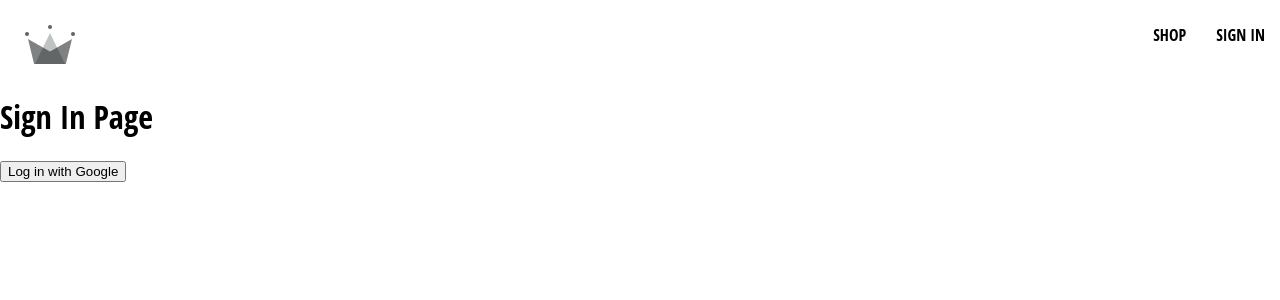
Repository: shash0708/crwn-clothing
Page: /sign-in
An editor plug-in stored every save of this project. The page is shown before and after the next save, followed by the edit.
The browser window is 1280 px wide. The pictures show the whole page.
The project was rebuilt for these pictures with package versions that can differ from the ones it lists, and the page was loaded fresh each time. Also part of the build but not shown: src/components/directory/directory.styles.scss, src/components/directory/directory.component.jsx, src/routes/home/home.component.jsx. Imported but missing from the stored project, and not drawn on this page: src/components/category-item/category-item.component.

Above is the page before, as saved 2024-03-23 19:21:28.

After the next save:
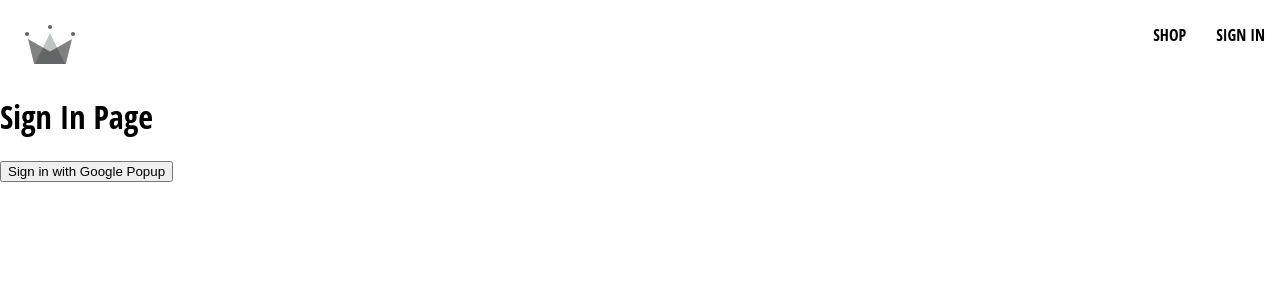
Saved 22 s later.
--- a/src/routes/sign-in/sign-in.component.jsx
+++ b/src/routes/sign-in/sign-in.component.jsx
@@ -1,22 +1,20 @@
-import React from "react"
-import {signInWithGooglePopup} from '../../utils/firebase/firebase.utils'
+import {
+  signInWithGooglePopup,
+  createUserDocumentFromAuth,
+} from '../../utils/firebase/firebase.utils';
 
-const SignIn =()=>{
+const SignIn = () => {
+  const logGoogleUser = async () => {
+    const { user } = await signInWithGooglePopup();
+    const userDocRef = await createUserDocumentFromAuth(user);
+  };
 
-  const logGoogleUser = async ()=>{
-    const response =  await signInWithGooglePopup();
-    console.log(response);
-  }
-
-
-    return (
-
-           <div>
-           <h1>Sign In Page</h1>
-           <button onClick={logGoogleUser}>Log in with Google</button>
-
-           </div>
-    );
+  return (
+    <div>
+      <h1>Sign In Page</h1>
+      <button onClick={logGoogleUser}>Sign in with Google Popup</button>
+    </div>
+  );
 };
 
 export default SignIn;
